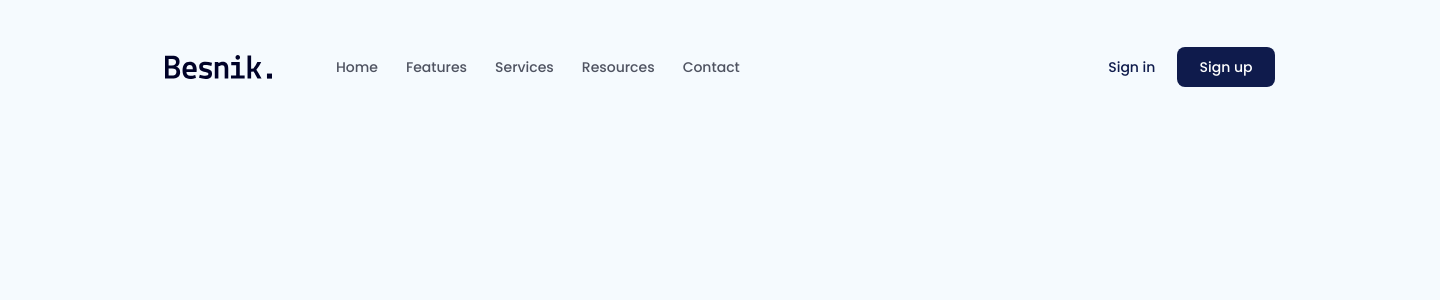
Repository: Tctiensk/f8-htmlcss-01
Page: index.html
These files come from the project's save history. The page is drawn as it stood at one moment and after the next save; the edit follows.
The browser window is 1280 px wide. The page is 1440 px wide, so the pictures cover 1440 px, including what lies to the right of the window. The pictures show the whole page.

Above is the page before, as saved 2022-11-29 15:57:45.

After the next save:
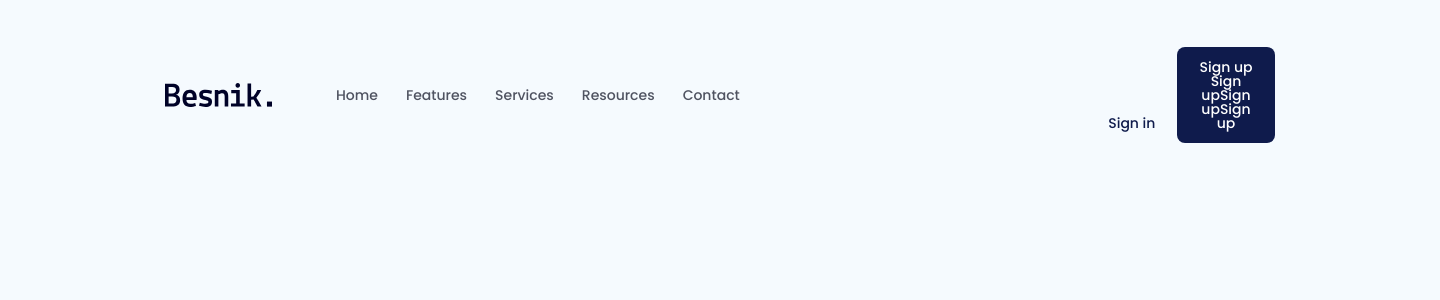
Saved 7 s later.
--- a/index.html
+++ b/index.html
@@ -30,7 +30,9 @@
                         <!-- action -->
                         <div class="action">
                             <a href="" class="action-link">Sign in </a>
-                            <a href="" class="btn action-btn">Sign up </a>
+                            <a href="" class="btn action-btn"
+                                >Sign up Sign upSign upSign up
+                            </a>
                         </div>
                     </nav>
                 </div>
